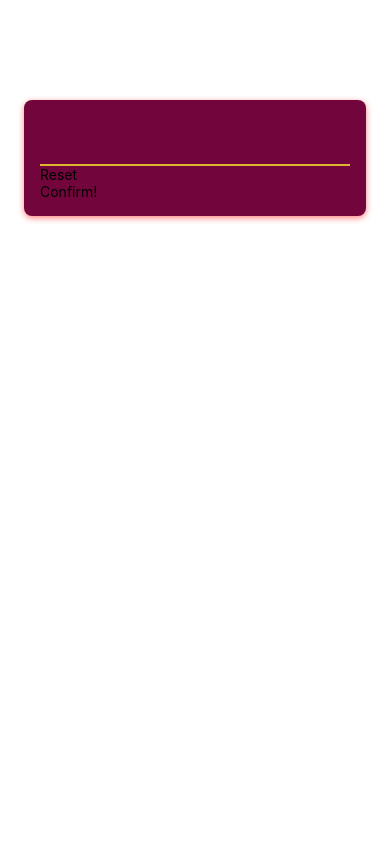
Repository: SyLe-Van/Number-Guessing-Game
Screen: /
The author's editor kept a copy of each file at every save. The screen is drawn from the files as they stood at one save, then again after the next save.
The app was drawn by React Native's web renderer in a window 390 px wide. The project was rebuilt for these pictures with package versions that can differ from the ones it lists, and the page was loaded fresh each time.

Above is the screen before, as saved 2024-02-01 23:25:40.

### App.js
import { StyleSheet } from "react-native";

import StartGameScreen from "./screens/StartGameScreen";
export default function App() {
  return <StartGameScreen />;
}

const styles = StyleSheet.create({});

### screens/StartGameScreen.js
import { TextInput, View, StyleSheet } from "react-native";
import PrimaryButton from "../components/PrimaryButton";
function StartGameScreen() {
  return (
    <View style={styles.inputContainer}>
      <TextInput style={styles.numberInput} />
      <PrimaryButton>Reset</PrimaryButton>
      <PrimaryButton>Confirm!</PrimaryButton>
    </View>
  );
}
const styles = StyleSheet.create({
  inputContainer: {
    padding: 16,
    marginTop: 100,
    marginHorizontal: 24,
    backgroundColor: "#72063c",
    borderRadius: 8,
    shadowColor: "red",
    shadowOffset: { width: 0, height: 2 },
    shadowRadius: 6,
    shadowOpacity: 0.5,
  },
  numberInput: {
    height: 50,
    fontSize: 30,
    borderBottomColor: "#ddb52f",
    borderBottomWidth: 2,
    color: "#ddb52f",
  },
});
export default StartGameScreen;

### components/PrimaryButton.js
import { View, Text } from "react-native";
function PrimaryButton({ children }) {
  return (
    <View>
      <Text>{children}</Text>
    </View>
  );
}
export default PrimaryButton;

After the next save:
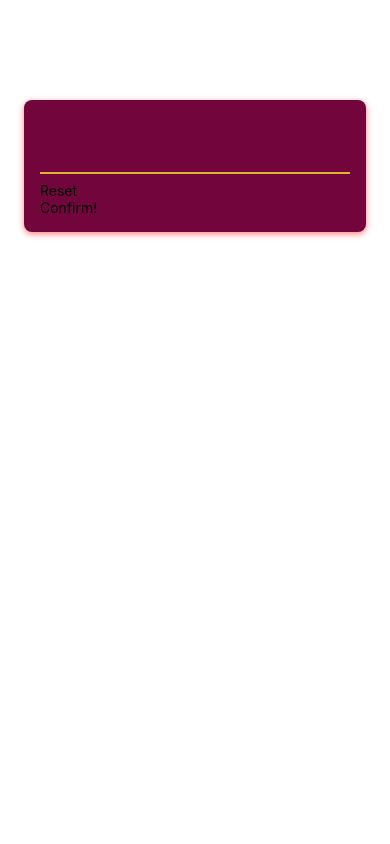
Saved 44 s later.
--- a/screens/StartGameScreen.js
+++ b/screens/StartGameScreen.js
@@ -27,6 +27,7 @@ const styles = StyleSheet.create({
     borderBottomColor: "#ddb52f",
     borderBottomWidth: 2,
     color: "#ddb52f",
+    marginVertical: 8,
   },
 });
 export default StartGameScreen;
